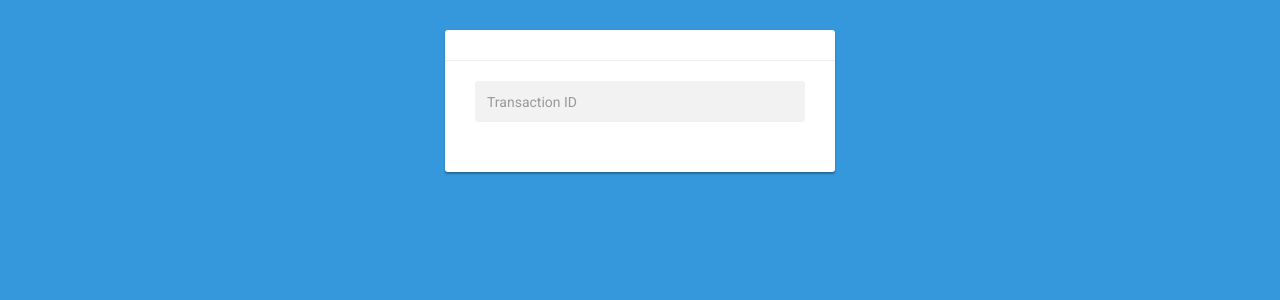
Repository: Rajat-Jain29/Java-Spring-Boot
Page: Registration/Bank Account/WebContent/detail.html
These files come from the project's save history. The page is drawn as it stood at one moment and after the next save; the edit follows.
The browser window is 1280 px wide. The pictures show the whole page.

Above is the page before, as saved 2021-03-21 14:39:27.

After the next save:
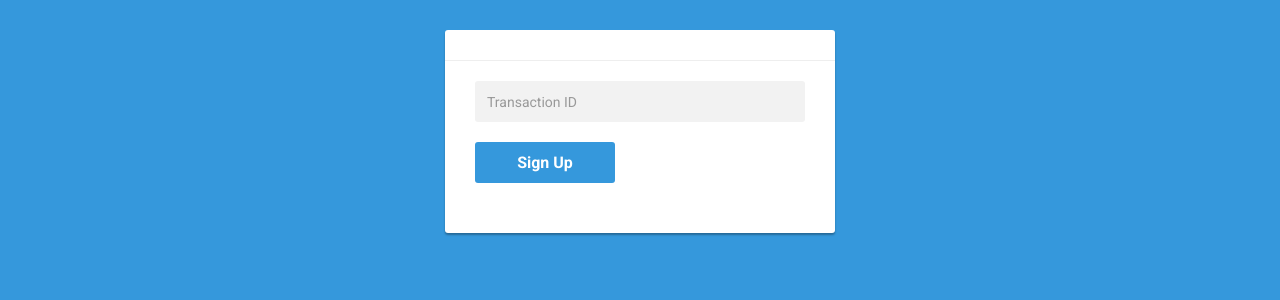
Saved 43 min 3 s later.
--- a/Registration/Bank Account/WebContent/detail.html
+++ b/Registration/Bank Account/WebContent/detail.html
@@ -93,15 +93,16 @@
 </head>
 <body>
 <div class="signup-form">
-    <form action="Bank" method ="post">
+    <form action="Detail" method ="post">
 
 
 		<hr>
         <div class="form-group">
 
 				<input type="text" class="form-control" name="tname" placeholder="Transaction ID" required="required">
-
-
+        </div>
+        <div class="form-group">
+            <button type="submit" class="btn btn-primary btn-lg">Sign Up</button>
         </div>
         </form>
   </div>
